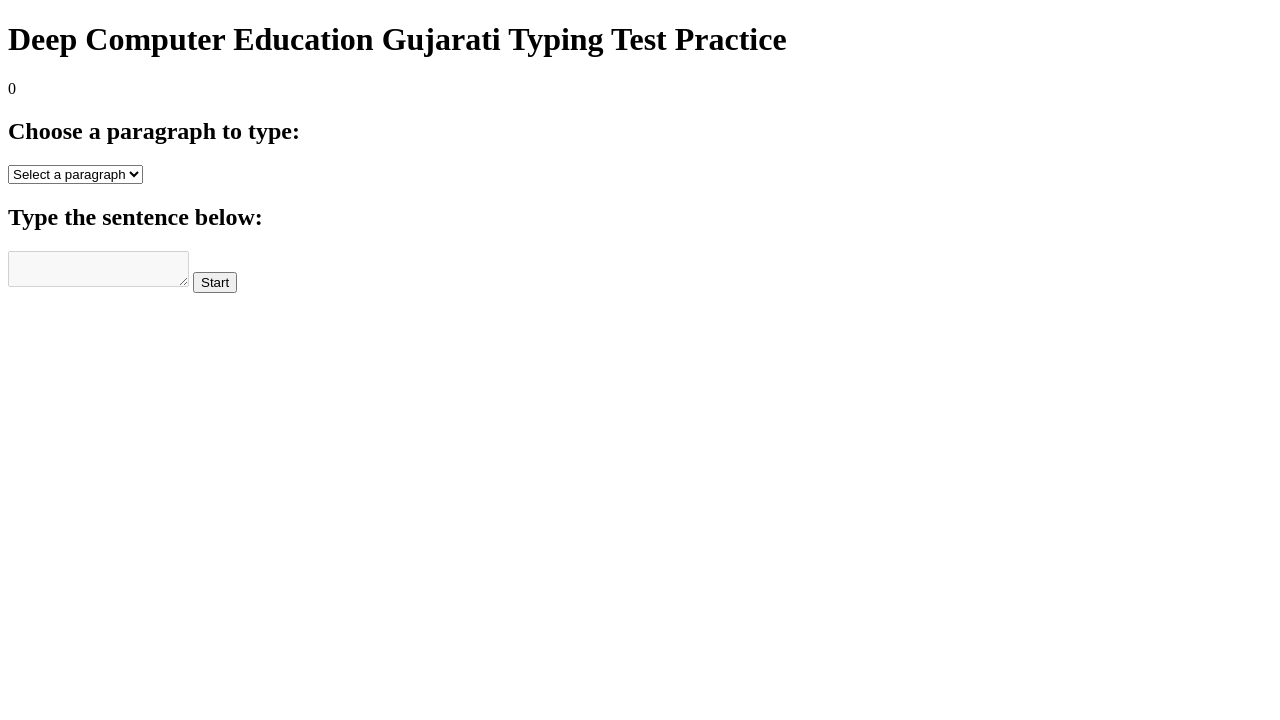
Repository: ssj27072002/Gujarati-typing-test
Page: typingGame/index.html
These files come from the project's save history. The page is drawn as it stood at one moment and after the next save; the edit follows.
The browser window is 1280 px wide. The pictures show the whole page.

Above is the page before, as saved 2024-06-13 10:19:13.

After the next save:
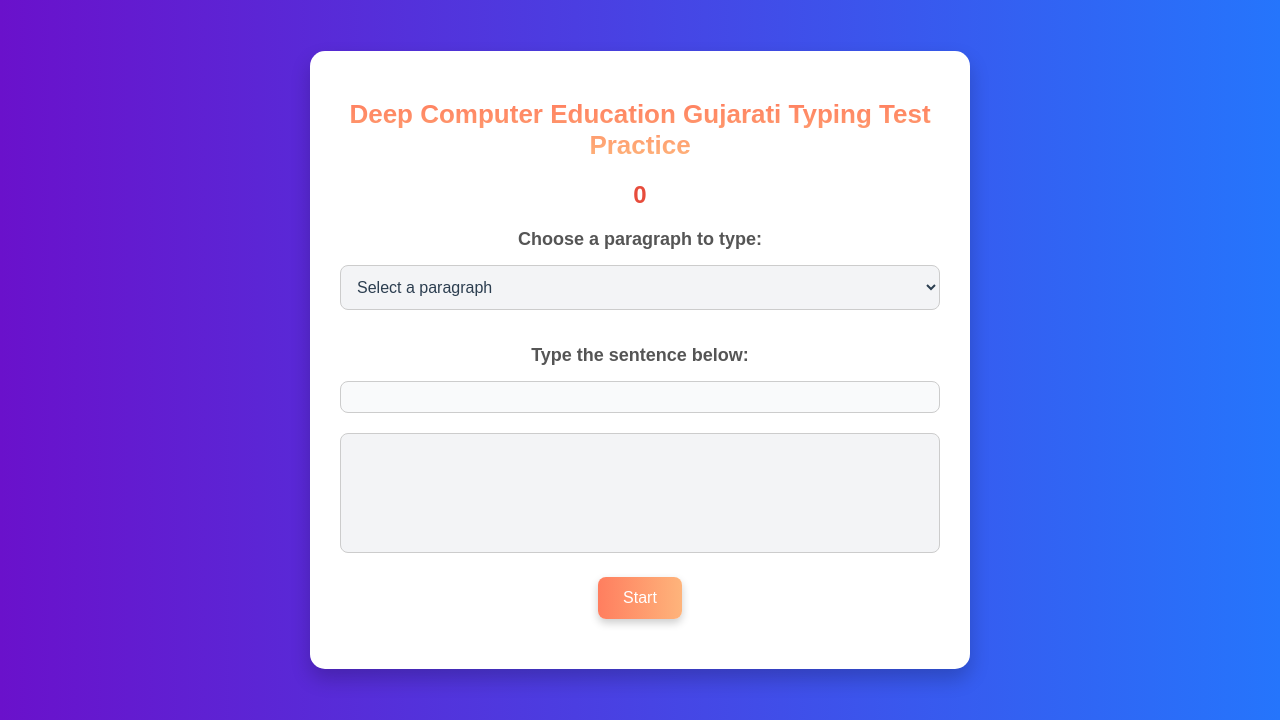
Saved 18 s later.
--- a/typingGame/css/style.css
+++ b/typingGame/css/style.css
@@ -119,3 +119,119 @@
     padding: 10px;
     margin-bottom: 20px;
 } */
+
+body {
+    font-family: 'Arial', sans-serif;
+    background: linear-gradient(to right, #6a11cb, #2575fc);
+    color: #333;
+    margin: 0;
+    padding: 0;
+    display: flex;
+    justify-content: center;
+    align-items: center;
+    height: 100vh;
+}
+
+.typing-section {
+    background: #ffffff;
+    padding: 30px;
+    border-radius: 15px;
+    box-shadow: 0 10px 20px rgba(0, 0, 0, 0.2);
+    max-width: 600px;
+    width: 100%;
+    text-align: center;
+}
+
+h1 {
+    font-size: 26px;
+    margin-bottom: 20px;
+    color: #333;
+    background: -webkit-linear-gradient(#ff7e5f, #feb47b);
+    -webkit-background-clip: text;
+    -webkit-text-fill-color: transparent;
+}
+
+h2 {
+    font-size: 18px;
+    margin-bottom: 15px;
+    color: #555;
+}
+
+.timer {
+    font-size: 24px;
+    color: #e74c3c;
+    margin-bottom: 20px;
+    font-weight: bold;
+}
+
+.styled-select {
+    padding: 12px;
+    font-size: 16px;
+    border: 1px solid #ccc;
+    border-radius: 8px;
+    width: 100%;
+    max-width: 100%;
+    box-sizing: border-box;
+    margin-bottom: 20px;
+    background: #f3f4f6;
+    color: #2c3e50;
+    transition: all 0.3s ease;
+}
+
+.styled-select:hover {
+    border-color: #3498db;
+}
+
+.scrollable-paragraph {
+    max-height: 200px;
+    overflow-y: auto;
+    border: 1px solid #ccc;
+    padding: 15px;
+    border-radius: 8px;
+    margin-bottom: 20px;
+    background: #f9fafb;
+    color: #2c3e50;
+}
+
+.styled-textarea {
+    width: 100%;
+    height: 120px;
+    padding: 15px;
+    font-size: 16px;
+    border: 1px solid #ccc;
+    border-radius: 8px;
+    box-sizing: border-box;
+    margin-bottom: 20px;
+    resize: none;
+    background: #f3f4f6;
+    color: #2c3e50;
+    transition: all 0.3s ease;
+}
+
+.styled-textarea:focus {
+    border-color: #3498db;
+    outline: none;
+}
+
+.styled-button {
+    background: linear-gradient(to right, #ff7e5f, #feb47b);
+    color: white;
+    padding: 12px 25px;
+    font-size: 16px;
+    border: none;
+    border-radius: 8px;
+    cursor: pointer;
+    transition: background 0.3s ease, transform 0.3s ease;
+    box-shadow: 0 4px 8px rgba(0, 0, 0, 0.2);
+}
+
+.styled-button:hover {
+    background: linear-gradient(to right, #feb47b, #ff7e5f);
+    transform: translateY(-2px);
+}
+
+#score {
+    margin-top: 20px;
+    font-size: 20px;
+    color: #27ae60;
+}

After the save that followed:
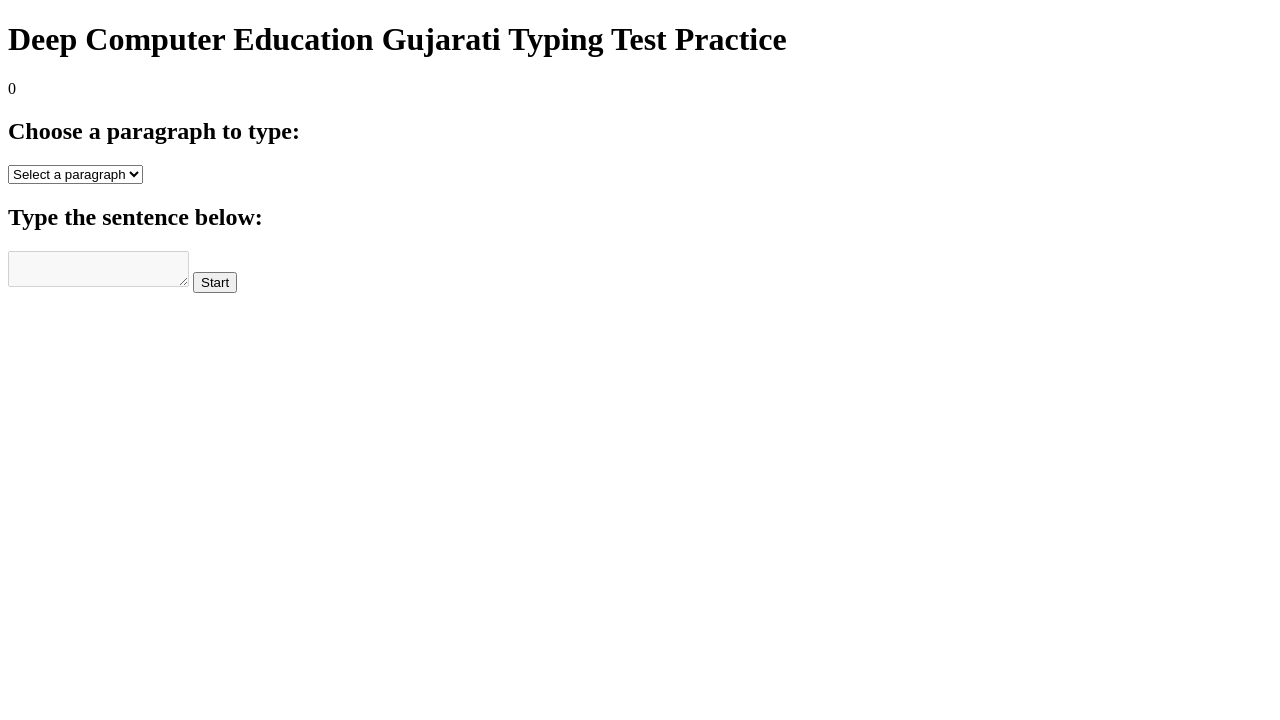
Saved 78 s later.
--- a/typingGame/css/style.css
+++ b/typingGame/css/style.css
@@ -119,119 +119,3 @@
     padding: 10px;
     margin-bottom: 20px;
 } */
-
-body {
-    font-family: 'Arial', sans-serif;
-    background: linear-gradient(to right, #6a11cb, #2575fc);
-    color: #333;
-    margin: 0;
-    padding: 0;
-    display: flex;
-    justify-content: center;
-    align-items: center;
-    height: 100vh;
-}
-
-.typing-section {
-    background: #ffffff;
-    padding: 30px;
-    border-radius: 15px;
-    box-shadow: 0 10px 20px rgba(0, 0, 0, 0.2);
-    max-width: 600px;
-    width: 100%;
-    text-align: center;
-}
-
-h1 {
-    font-size: 26px;
-    margin-bottom: 20px;
-    color: #333;
-    background: -webkit-linear-gradient(#ff7e5f, #feb47b);
-    -webkit-background-clip: text;
-    -webkit-text-fill-color: transparent;
-}
-
-h2 {
-    font-size: 18px;
-    margin-bottom: 15px;
-    color: #555;
-}
-
-.timer {
-    font-size: 24px;
-    color: #e74c3c;
-    margin-bottom: 20px;
-    font-weight: bold;
-}
-
-.styled-select {
-    padding: 12px;
-    font-size: 16px;
-    border: 1px solid #ccc;
-    border-radius: 8px;
-    width: 100%;
-    max-width: 100%;
-    box-sizing: border-box;
-    margin-bottom: 20px;
-    background: #f3f4f6;
-    color: #2c3e50;
-    transition: all 0.3s ease;
-}
-
-.styled-select:hover {
-    border-color: #3498db;
-}
-
-.scrollable-paragraph {
-    max-height: 200px;
-    overflow-y: auto;
-    border: 1px solid #ccc;
-    padding: 15px;
-    border-radius: 8px;
-    margin-bottom: 20px;
-    background: #f9fafb;
-    color: #2c3e50;
-}
-
-.styled-textarea {
-    width: 100%;
-    height: 120px;
-    padding: 15px;
-    font-size: 16px;
-    border: 1px solid #ccc;
-    border-radius: 8px;
-    box-sizing: border-box;
-    margin-bottom: 20px;
-    resize: none;
-    background: #f3f4f6;
-    color: #2c3e50;
-    transition: all 0.3s ease;
-}
-
-.styled-textarea:focus {
-    border-color: #3498db;
-    outline: none;
-}
-
-.styled-button {
-    background: linear-gradient(to right, #ff7e5f, #feb47b);
-    color: white;
-    padding: 12px 25px;
-    font-size: 16px;
-    border: none;
-    border-radius: 8px;
-    cursor: pointer;
-    transition: background 0.3s ease, transform 0.3s ease;
-    box-shadow: 0 4px 8px rgba(0, 0, 0, 0.2);
-}
-
-.styled-button:hover {
-    background: linear-gradient(to right, #feb47b, #ff7e5f);
-    transform: translateY(-2px);
-}
-
-#score {
-    margin-top: 20px;
-    font-size: 20px;
-    color: #27ae60;
-}
